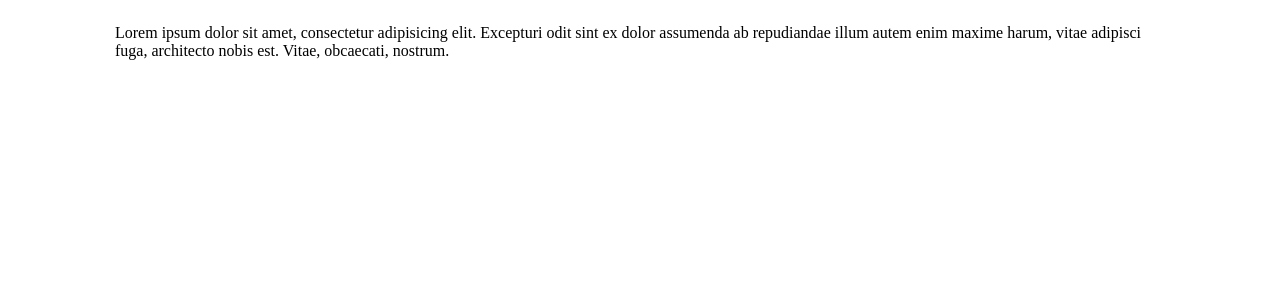
Repository: Vicky185/the-importance-of-this
Page: index.html
The author's editor kept a record of every edit. The page is drawn from the files as they stood at one moment, then again after the next edit.
The browser window is 1280 px wide. The pictures show the whole page.

Above is the page before.

After the next edit:
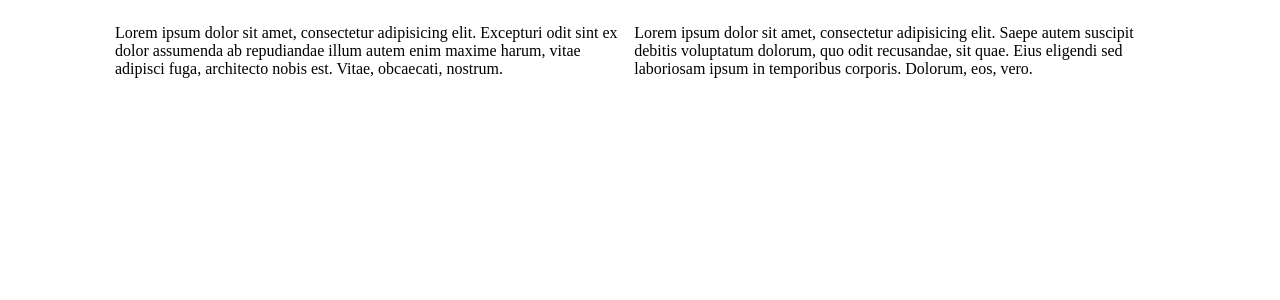
The edit:
--- a/index.html
+++ b/index.html
@@ -20,8 +20,7 @@
         </div>
 
         <div class="card">
-            <p>
-
+            <p> Lorem ipsum dolor sit amet, consectetur adipisicing elit. Saepe autem suscipit debitis voluptatum dolorum, quo odit recusandae, sit quae. Eius eligendi sed laboriosam ipsum in temporibus corporis. Dolorum, eos, vero.
             </p>
         </div>
 
